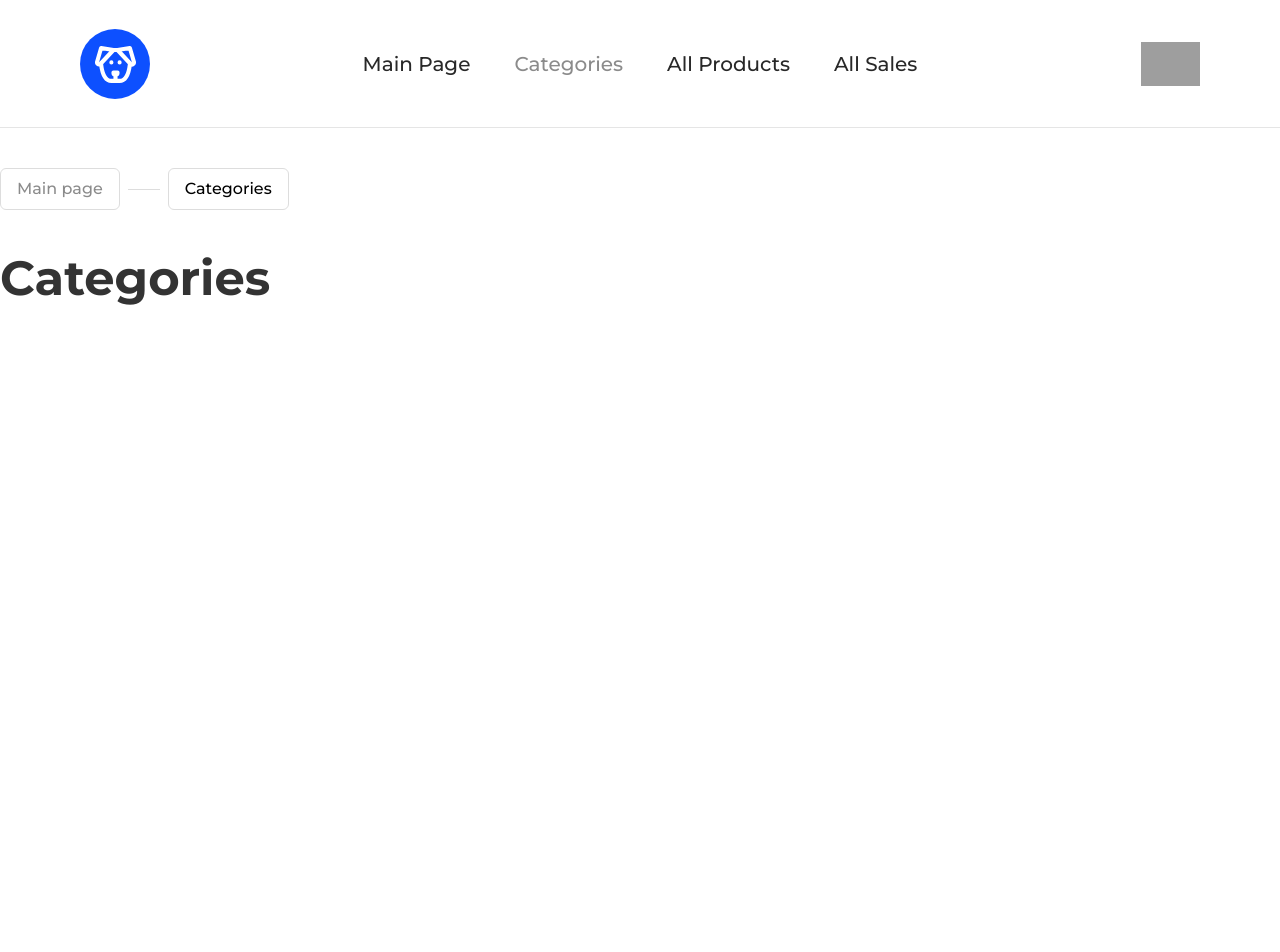
Repository: jursylian/PET-INTERNET-SHOP-PROJECT
Page: /categories
An editor plug-in stored every save of this project. The page is shown before and after the next save, followed by the edit.
The browser window is 1280 px wide. The pictures show the part of the page from y = 0 to 952 px (the page is 1912 px tall).
Pictures or frames that could not be fetched are drawn as grey boxes. The page's requests for data from a server got no answer. The project was rebuilt for these pictures with package versions that can differ from the ones it lists, and the page was loaded fresh each time. No one was signed in, and anything a server would have sent is missing. Also part of the build but not shown: vite.config.js, src/pages/Categories/Categories.module.css, src/pages/Categories/Categories.jsx, src/components/PromoBanner/PromoBanner.module.css, src/components/PromoBanner/PromoBanner.jsx, src/ui/Input/Input.module.css, src/ui/Input/Input.jsx, src/ui/Button/Button.module.css and 32 more.

Above is the page before, as saved 2025-11-06 14:29:53.

After the next save:
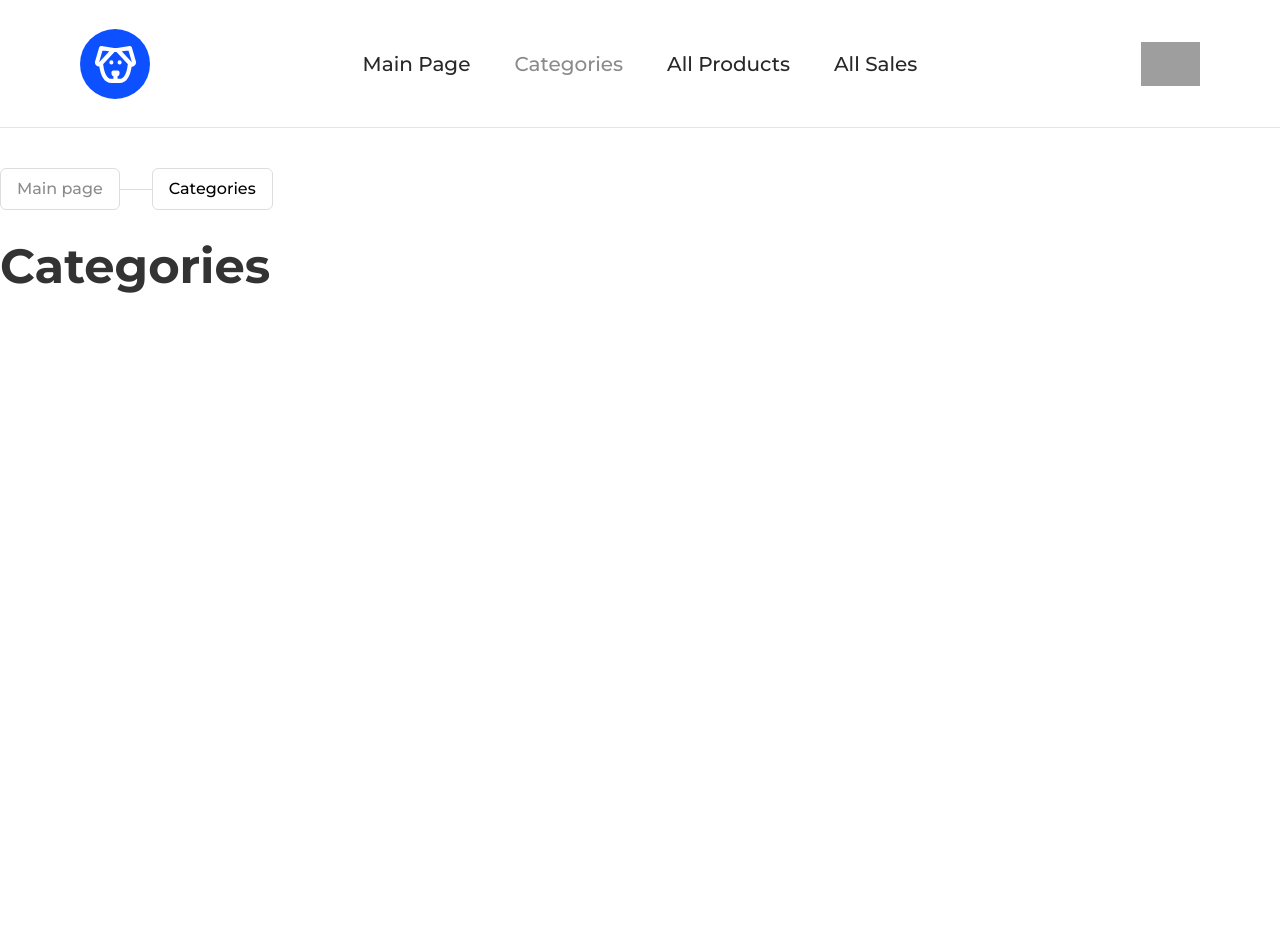
Saved 118 s later.
--- a/src/pages/CategoriesAll/CategoriesAll.module.css
+++ b/src/pages/CategoriesAll/CategoriesAll.module.css
@@ -3,12 +3,12 @@
   align-items: center;
 }
 
-.breadcrumb {
+/* .breadcrumb {
   display: flex;
   align-items: center;
   gap: 8px;
   margin-bottom: 32px;
-}
+} */
 
 .tab {
   font-size: 16px;
